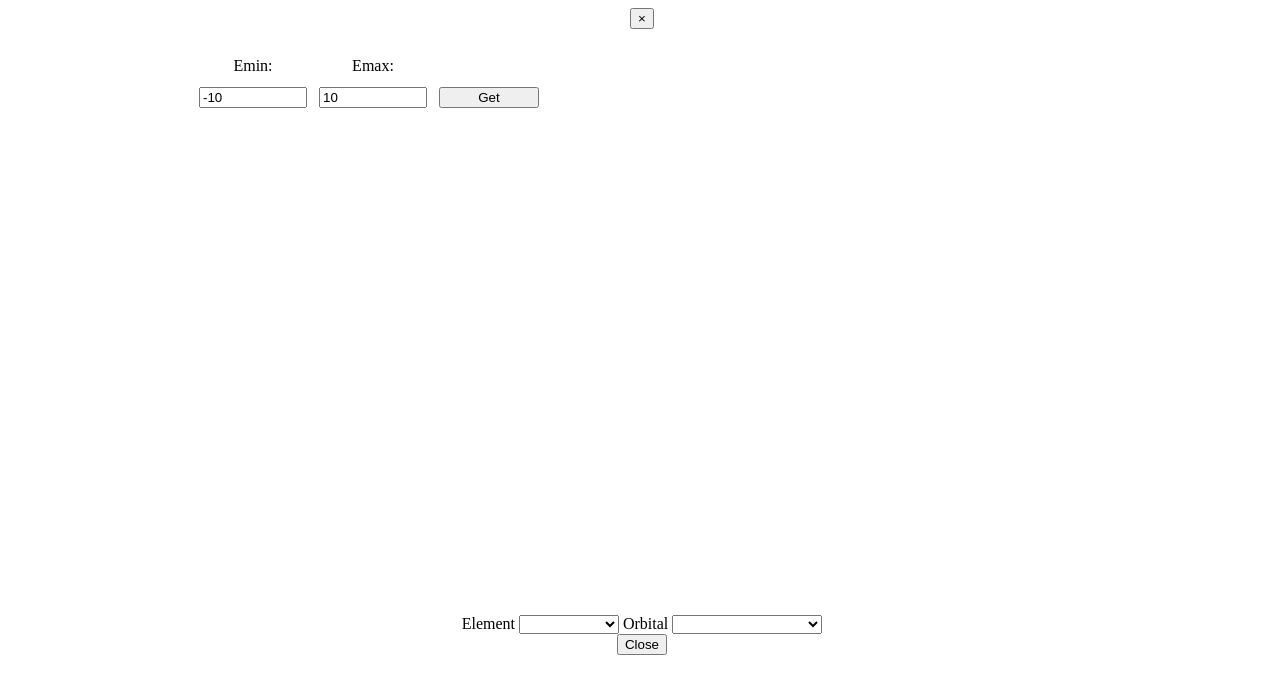
Repository: atowfiq/FESD_website-scripts
Page: http://localhost/fesdweb/BandstructureChart.jsp
These files come from the project's save history. The page is drawn as it stood at one moment and after the next save; the edit follows.
The browser window is 1280 px wide. The pictures show the whole page.
The page is served by Tomcat 9. Other server files are loaded and not shown.

Above is the page before, as saved 2017-07-28 01:15:24.

### fesdweb/WebContent/BandstructureChart.jsp
<%@ page language="java" contentType="text/html; charset=ISO-8859-1"
    pageEncoding="ISO-8859-1"%>
<!DOCTYPE html PUBLIC "-//W3C//DTD HTML 4.01 Transitional//EN" "http://www.w3.org/TR/html4/loose.dtd">
<html>
<head>
<meta http-equiv="Content-Type" content="text/html; charset=ISO-8859-1">
<title>Bandstructure</title>

<style type="text/css">
.main{
margin-top:-40px;
}


.modal .modal-body {
    max-height: 800px;
    overflow-y: auto;
}
.modal {
  text-align: center;
}

@media screen and (min-width: 768px) {
  .modal:before {
    content: " ";
    display: inline-block;
    height: 100%;
    vertical-align: middle;
  }
}

.modal-dialog {
  display: inline-block;
  text-align: center;
  vertical-align: middle;
}
#BandstructureTable td
{
	padding: 5px;
}
</style>

    <script type="text/javascript">

      function drawChart(bands) {
    	//  $("#Bands").append($("<option></option>").val('All').html('All'));
     	  $.each(bands, function (key, value) {

 	         $("#BandsFrom").append($("<option></option>").val(value.Index).html(value.Index));
 	        $("#BandsTo").append($("<option></option>").val(value.Index).html(value.Index));

     	  });

     	 drawBandChart(bands);

          }

      	  function drawBandChart(bands)
      	  {


      	  BandChart = document.getElementById('BandChart');
      	  Plotly.purge(BandChart);

      	  var data =[];
      	  var dx=[];
    	  for(var i=0;i<bands[0].Energy.split(", ").length;i++)
    	         	  dx.push(i);
      	  for(var l=0;l<bands.length;l++)
      		{

      		  data.push({x:dx,y:bands[l].Energy.split(", ")});
      		}
      	  /* [{
      	      x: [1, 2, 3, 4, 5],
      	      y: [1, 2, 4, 8, 16],
      	  	},{
      	      x: [1, 2, 3, 4, 5],
      	      y: [2, 4, 6, 8, 16],
      	  	}]*/

      	 var layout = {
       			  title: 'Bandstructure' + Compound.Formula,

       			  yaxis: {
       			    range: [-10, 10],
       			    autorange: false
       			  },

       			};
      	  Plotly.plot( BandChart,data, layout );
      	  }

      	  function drawChartSingleBand(index,bands,orbitalValue)
      	  {



      		 BandChart = document.getElementById('BandChart');
      		 Plotly.purge(BandChart);

      		 var data =[];
         	  var dx=[];
         	  for(var i=0;i<bands[index].Energy.split(", ").length;i++)
         		  dx.push(i);

         	var weight= orbitalValue.split(", ");


         	// data.push({x:dx,y:bands[index].Energy.split(", ")});
         	  data.push({x:dx,
         			  y:bands[index].Energy.split(", "),
         			  type: 'scatter',                    // set the chart type
        		      mode: 'lines',
        		      line: {                             // set the width of the line.
        		         width: 1
        		      },

        		      error_y: {
        		        array: weight.map(function(x) { return x ; }),
        		        thickness: 0.5,                   // set the thickness of the error bars
        		        width: 0
        		      }


         		  });



         	  Plotly.plot( BandChart,data, {
         	      margin: { t: 0 } } );



      	  }

      	function GetBandstructures()
      	{
      		var bandsFrom=$("#BandsFrom").val(),bandsTo =$("#BandsTo").val();
      		if(bandsFrom>bandsTo)
      		{
      			alert("Bands from should be less than bands to.");
      			return;
      		}
      		$.get('BandStructureServlet', {
      			from: bandsFrom,
      			to: bandsTo,
      			id:Compound.Id
      			 }, function(data) {
      				 $("#CompoundElements").html('');
      				    $("#CompoundElements").append($("<option></option>").val("None").html("None"));
      			  	     $.each(data, function (key, value) {

      			  	         $("#CompoundElements").append($("<option></option>").val(JSON.stringify({Header: value.Header,PartialEnergy:value.PartialEnergy})).html(value.Element+" "+value.ElementIndex));
      			  	       });



      		});



      	}


    </script>

</head>
<body>
<div  id="Viewer"  class="modal fade bs-example-modal-lg" tabindex="-1" role="dialog" aria-labelledby="myLargeModalLabel" style="width:100%">
    <div class="modal-dialog modal-lg">

      <!-- Modal content-->


      <div class="modal-content">
        <div class="modal-header">
          <button type="button" class="close" data-dismiss="modal">&times;</button>
          <h4 class="modal-title" id="CompoundFormulaName"></h4>

        </div>
        <div class="modal-body">
    <div>
    <table id="BandstructureTable">
    <tr>
	    <td>
	    	<label>Emin:</label>
	    </td>
	    <td>
	    	<label>Emax:</label>
	    </td>
    </tr>
    <tr>
    <td>
   		<input id="EminBC" style="width:100px;"  class="form-control"  value="-10">
	</td>

	<td>
	<input id="EmaxBC" style="width:100px;"  class="form-control"  value="10">
	</td>
	<td>
	<button style="width:100px;" class="btn btn-secondary" onclick="GetBandstructures()">Get </button>

	</td>
	</tr>
	</table>
	</div>

   <div id="BandChart" style="width: 900px; height: 500px"></div>


 <label  class="control-label ">Element </label> <select style="width: 100px; "  id="CompoundElements">

		</select>
		<label  class="control-label ">Orbital</label> <select style="width: 150px; "  id="Orbitals">

		</select>
<div id="ViewerContent"  style="display: none;"> <img src="" id="imagepreview" style="padding: 5px; width: 800px; height: 600px;" ></div>
        </div>
        <div class="modal-footer">
          <button type="button" class="btn btn-default" data-dismiss="modal">Close</button>
        </div>
      </div>

    </div>
  </div>


</body>
</html>

After the next save:
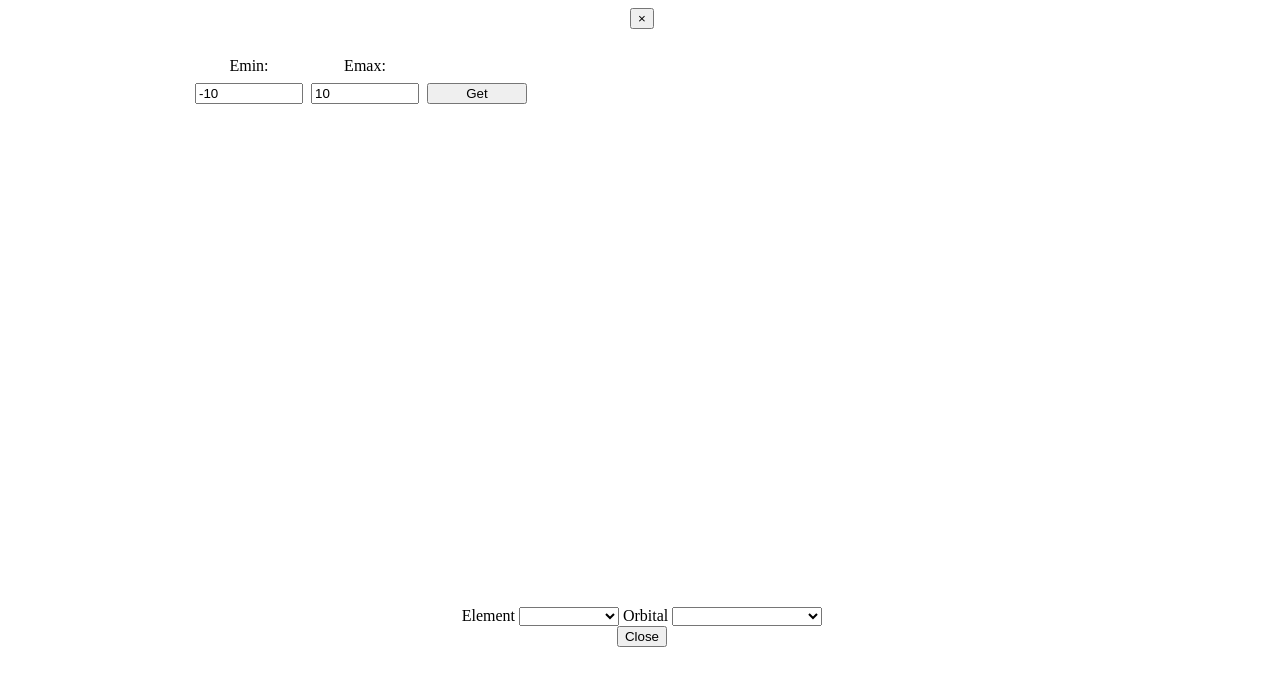
Saved 3 min 43 s later.
--- a/fesdweb/WebContent/BandstructureChart.jsp
+++ b/fesdweb/WebContent/BandstructureChart.jsp
@@ -36,7 +36,8 @@ margin-top:-40px;
 }
 #BandstructureTable td
 {
-	padding: 5px;
+	padding-top: 5px ;
+	padding-right:5px; ;
 }
 </style>
 
